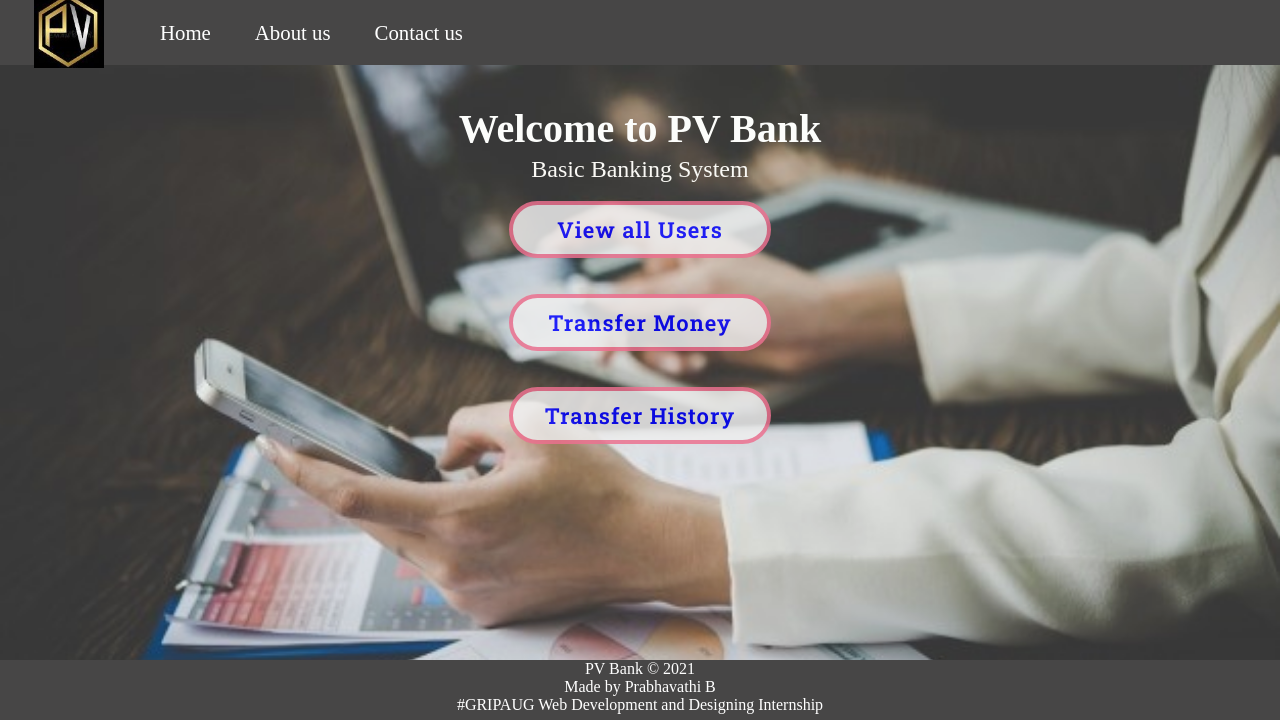
Repository: PrabhaBas/TheSparksFoundation_BasicBankingSystem
Page: http://localhost/PVBank/
An editor plug-in stored every save of this project. The page is shown before and after the next save, followed by the edit.
The browser window is 1280 px wide. The pictures show the whole page.
Some web fonts or font styles are not loaded; a fallback is used. The page is served by Tomcat 9. Other server files are loaded and not shown.

Above is the page before, as saved 2021-08-18 13:24:46.

### PVBank/src/main/webapp/index.jsp
<%@ page language="java" contentType="text/html; charset=ISO-8859-1"
    pageEncoding="ISO-8859-1"%>
<!DOCTYPE html>
<html>
<head>
<meta charset="ISO-8859-1">


    <meta http-equiv="X-UA-Compatible" content="IE=edge">
    <meta name="viewport" content="width=device-width, initial-scale=1.0">
    <title>PV Bank | OnlineBanking.com</title>
    <link rel="shortcut icon" type="image/png" href="images/logo1.jpg">
    <link rel="stylesheet" href="css/style.css">
    <link href="https://fonts.googleapis.com/css2?family=Baloo+Bhai+2:wght@600&family=Baloo+Bhaina+2:wght@600&family=Bree+Serif&display=swap" rel="stylesheet">
    <link href="https://fonts.googleapis.com/css2?family=STIX+Two+Text:ital,wght@0,600;1,700&display=swap" rel="stylesheet">
    <link href="https://fonts.googleapis.com/css2?family=Roboto+Slab:wght@600&display=swap" rel="stylesheet">

    <linl rel="stylesheet" href="https://cdnjs.cloudflare.com/ajax/libs/font-awesome/5.13.1/css/all.min.css">

</head>
<body>

   <nav id="navbar">
        <div id="logo">
            <img src="images/logo1.jpg" alt="OnlineTransaction.com" width="70" height="40">
        </div>
        <ul>
            <li class="item"><a href="index.jsp">Home</a></li>
            <li class="item"><a href="aboutPage.jsp">About us</a></li>
            <li class="item"><a href="contact.jsp">Contact us</a></li>
        </ul>
    </nav>

    <section id="home">
        <h1 class="h-primary">Welcome to PV Bank</h1>
        <p>Basic Banking System </p>
        <br>
        <div class="bg">
            <div class="center">
                <ul type="none">
                <li class="operations"><a href="View_user.jsp"><button class="btn">View all Users</button></a></li><br><br>
                 <li class="operations"><a href="transfer_money.jsp"><button class="btn">Transfer Money</button></a></li><br><br>
                <li class="operations"><a href="transactionhistory.jsp"><button class="btn">Transfer History</button></a></li>

                </ul>

            </div>
        </div>
    </section>
    <div id="container">
        <div id="footpart">
            PV Bank © 2021 <br>
          Made by Prabhavathi B
          <p>#GRIPAUG Web Development and Designing Internship</p>
        </div>
    </div>
</body>

</html>

### PVBank/src/main/webapp/css/style.css
/* CSS Reset */
*{
    margin: 0;
    padding: 0;
}

/* CSS Variables */
:root{
    --navbar-height: 55px;
}

/* Navigation Bar */
#navbar{
    display: flex;
    align-items: center;
 height: 65px;
}

#navbar::before{
    content: "";
    background-color: black;
    position: absolute;
    height: 100%;
    width: 100%;
    z-index: -1;
    opacity: 0.4;
}

/* Navigation Bar: Logo and Image */
#logo{
    margin: 3px 25px;
}
#logo img{
    height: 75px;
    margin: 5px 9px;
}

/* Navigation Bar: List Styling */
#navbar{
    position: relative;
    background-color:rgb(71, 70, 70);
}

#navbar ul{
    display: flex;
    font-family: 'Baloo Bhai';
}

#navbar ul li{
    list-style: none;
    font-size: 1.3rem;
}

#navbar ul li a{
   color: white;
   display: block;
   font-family: 'STIX Two Text', serif;
   padding: 3px 22px;
   border-radius: 20px;
   text-decoration: none;
}

#navbar ul li a:hover{
    color: black;
    background-color: white;
}

/* Home Section */
#home{
    display: flex;
    flex-direction: column;
    height: 70%;
    padding: 6px 50px;
    justify-content: center;
    align-items: center;
     margin-top: 30px;
}

#home::before{
    content: "";
    position: fixed;
    background: url(../images/BAnkBG1.jpg) no-repeat center center fixed;
    -webkit-background-size: cover;
    -moz-background-size: cover;
    -o-background-size: cover;
    background-size: cover;

    height: 300%;
    width: 100%;
    z-index: -1;
    opacity: 0.92;
}

#home h1{
    color: rgb(252, 253, 251);
    text-align: center;
    font-family: 'Bree Serif', serif;
}

#home p{
    color:rgb(250, 249, 245);
    text-align: center;
    font-size: 1.5rem;
    font-family: 'Bree Serif', serif;
}
/* Utility Classes */
.h-primary{
    font-size: 2.5rem;
    padding: 4px;
}
.btn{
    position: relative;
    text-align: center;
    width: 262px;
    padding: 10px;
    font-size: 22px;
    color: blue;
    font-family:'Roboto Slab', serif;
    font-weight: 359;
    border: 4px solid #ec7190;
    text-transform: 15px;
    letter-spacing: 1px;
    cursor: pointer;
    border-radius: 100px;
    opacity: 0.84;
}
.btn:hover
{
    box-shadow: 0 4px 10px 0 #ec7190 inset, 0 4px 10px 0 #ec7190,
                0 4px 10px 0 #ec7190 inset, 0 4px 10px 0 #ec7190;
}

/* About us Section */
#aboutus::before{
    content: "";
    position: fixed;
    background: url('../2676105.jpg');
    height: 120%;
    width: 100%;
    z-index: -5;
    opacity: 0.99;
}
#aboutus h1{
    color: black;
    text-align: center;
    font-family: 'Baloo Bhai';
    z-index: 34;
}

#aboutus p{
    color:darkgreen;
    font-size: 0.98rem;
    font-family: 'Bree Serif', serif;
    z-index: 35;
}

body{
    min-height: 100vh;
}



#footpart{
    position:fixed;
   text-align: center;
   color: white;
   bottom:0;
   width:100%;
   height:60px;   /* Height of the footer */
   background:rgb(71, 70, 70);
}

After the next save:
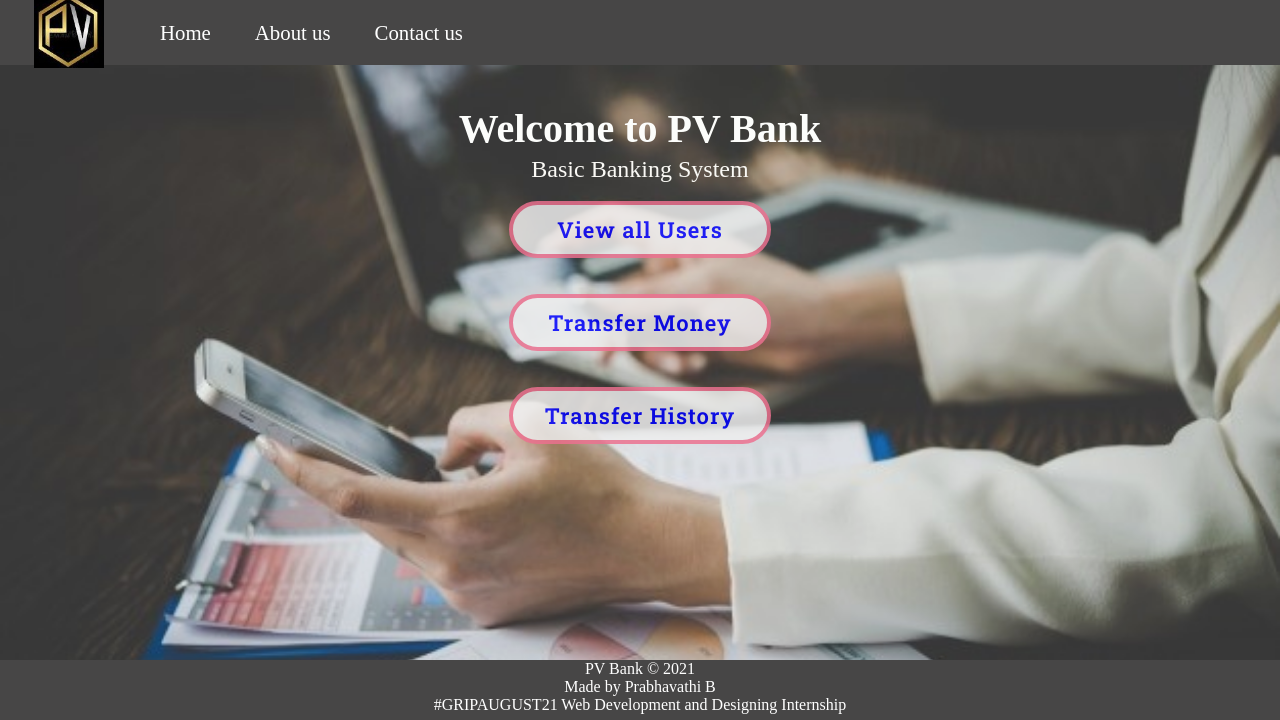
Saved 2 min 14 s later.
--- a/PVBank/src/main/webapp/index.jsp
+++ b/PVBank/src/main/webapp/index.jsp
@@ -51,7 +51,7 @@
         <div id="footpart">
             PV Bank © 2021 <br>
           Made by Prabhavathi B
-          <p>#GRIPAUG Web Development and Designing Internship</p>
+          <p>#GRIPAUGUST21 Web Development and Designing Internship</p>
         </div>
     </div>
 </body>
